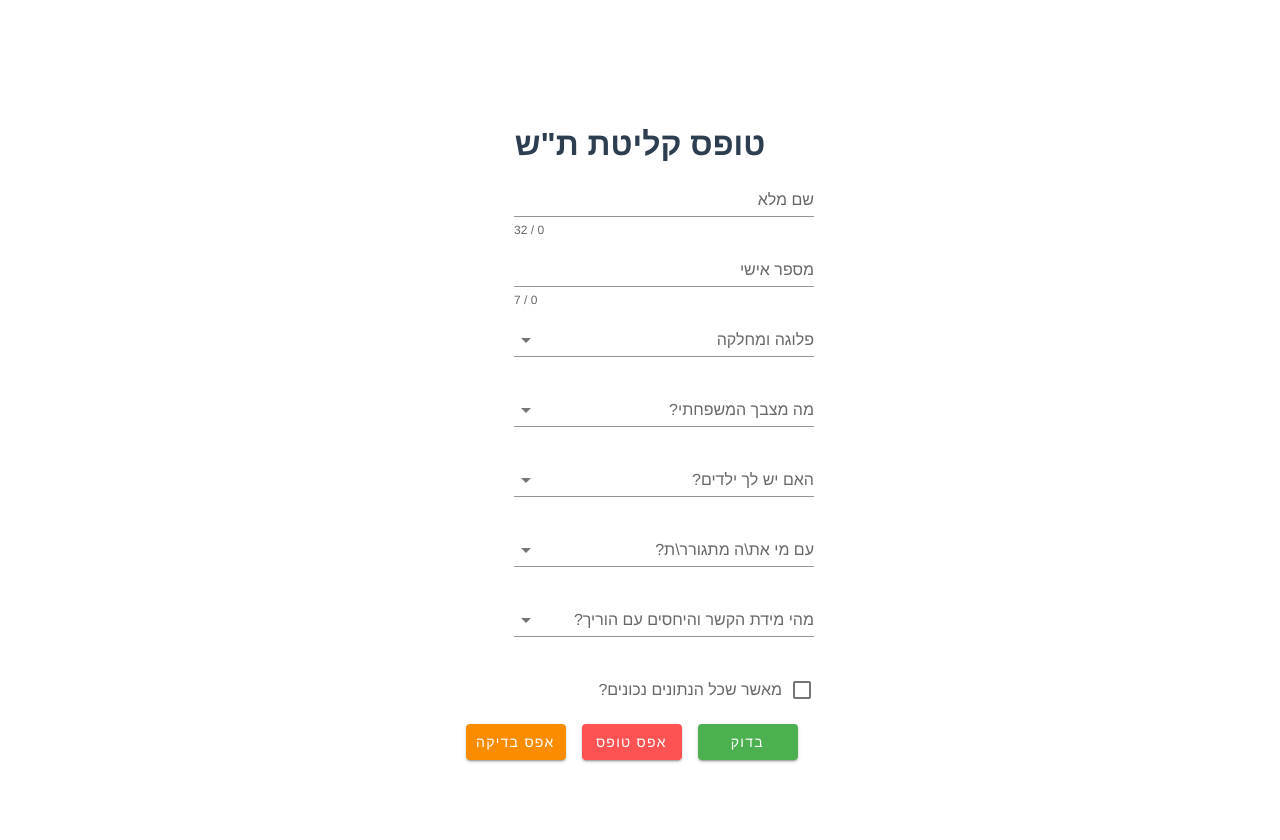
Repository: Natanhel/klitat-tash
Page: /
An editor plug-in stored every save of this project. The page is shown before and after the next save, followed by the edit.
The browser window is 1280 px wide. The pictures show the whole page.
The page's requests for data from a server got no answer. The project was rebuilt for these pictures with package versions that can differ from the ones it lists, and the page was loaded fresh each time. No one was signed in, and anything a server would have sent is missing. Also part of the build but not shown: vue.config.js.

Above is the page before, as saved 2020-12-01 17:16:18.

### src/App.vue
<template>
  <div id="app">
    <v-app>

      <h1>טופס קליטת ת"ש</h1>

      <v-form
        ref="form"
        v-model="valid"
        lazy-validation
      >
        <v-text-field
          v-model="name"
          :counter="32"
          :rules="nameRules"
          label="שם מלא"
          required
        ></v-text-field>

        <v-text-field
          v-model="pernr"
          :counter="7"
          :rules="pernrRules"
          label="מספר אישי"
          required
        ></v-text-field>

        <v-select
          v-model="select"
          :items="items"
          :rules="[v => !!v || 'נדרש להזין פלוגה ומחלקה']"
          label="פלוגה ומחלקה"
          required
        ></v-select>

        <v-select
          v-model="select"
          :items="familyItems"
          :rules="[v => !!v || 'נדרש להזין מצב משפחתי']"
          label="מה מצבך המשפחתי?"
          required
        ></v-select>

        <v-select
          v-model="select"
          :items="haveKidsItems"
          :rules="[v => !!v || 'נדרש להזין']"
          label="האם יש לך ילדים?"
          required
        ></v-select>

        <v-select
          v-model="select"
          :items="livingWithItems"
          :rules="[v => !!v || 'נדרש להזין']"
          label="עם מי את\ה מתגורר\ת?"
          required
        ></v-select>

        <v-select
          v-model="select"
          :items="parentsStatusItems"
          :rules="[v => !!v || 'נדרש להזין']"
          label="מהי מידת הקשר והיחסים עם הוריך?"
          required
        ></v-select>

        <v-checkbox
          v-model="checkbox"
          :rules="[v => !!v || 'עליך לאשר על מנת להמשיך!']"
          label="מאשר שכל הנתונים נכונים?"
          required
        ></v-checkbox>

      </v-form>
      <div class="btn-group">
        <v-btn
          :disabled="!valid"
          color="success"
          class="mr-4"
          @click="validate"
        >
          בדוק
        </v-btn>

        <v-btn
          color="error"
          class="mr-4"
          @click="reset"
        >
          אפס טופס
        </v-btn>

        <v-btn
          color="warning"
          class="mr-4"
          @click="resetValidation"
        >
          אפס בדיקה
        </v-btn>
      </div>
    </v-app>
  </div>
</template>

<script>
import axios from 'axios';

export default {
  name: 'App',
  mounted(){
    // login
    const data = JSON.stringify({"password":"passward","email":"natanhelp@gmail.com"});

    const config = {
      method: 'post',
      url: 'https://nat-task-manager.herokuapp.com/users/login',
      headers: {
        'Content-Type': 'application/json'
      },
      data : data
    };

    axios(config)
      .then((response) => {
        console.log(JSON.stringify(response.data));
      })
      .catch((error) => {
        console.log(error);
      })
  },

  data: () => ({
    valid: true,
    name: '',
    nameRules: [
      v => !!v || 'נדרש להזין שם',
      v => !(v && v.length <= 4) || 'על השם להיות ארוך מ-4 תווים',
    ],
    pernr: '',
    pernrRules: [
      v => !!v || 'נדרש להזין מספר אישי',
      v => !(v.length !== 7) || 'על המספר להיות בדיוק 7 תווים'
    ],
    select: null,
    items: [
      'ו1',
      'ו2',
      'ו3',
      'ו4',
      'ו5',
    ],
    familyItems: [
      'רווק/ה',
      'נשוי/ה',
      'גרוש/ה'
    ],
    haveKidsItems: [
      'כן', 'לא'
    ],
    livingWithItems: [
      'מתוגרר/ת עם ההורים (אחד מהם לפחות)',
      'איני מתגורר/ת עם ההורים'
    ],
    parentsRelationsItems: [
      'בקשר עם שניהם ויחסים תקינים',
      'בקשר וביחסיפ תקינים (רק עם אחד מהם)',
      'בקשר עם שניהם/אחד מהם ומערכת יחסים רעועה',
      'לא בקשר בכלל'
    ],
    parentsStatusItems: [
      'נשואים',
      'גרושים',
      'פרודים',
      'אלמנ/ה',
      'רווק/ה'
    ],
    checkbox: false,
  }),
  methods: {
    validate () {
      this.$refs.form.validate()
    },
    reset () {
      this.$refs.form.reset()
    },
    resetValidation () {
      this.$refs.form.resetValidation()
    },
  },
}
</script>

<style>
#app {
  font-family: Avenir, Helvetica, Arial, sans-serif;
  -webkit-font-smoothing: antialiased;
  -moz-osx-font-smoothing: grayscale;
  text-align: center;
  color: #2c3e50;
  margin-top: 60px;
}

form
{
  width: 300px;
}

#app
{
  display: flex;
  align-items: center;
  justify-content: center;
}

.v-btn
{
  width: 100px;
}

.btn-group{
  width: 100%;
}
</style>

### src/plugins/vuetify.js
import Vue from 'vue';
import Vuetify from 'vuetify/lib';

Vue.use(Vuetify);

export default new Vuetify({
    rtl: true,
});

Loaded but not shown: public/index.html (common file); src/main.js (common file)

After the next save:
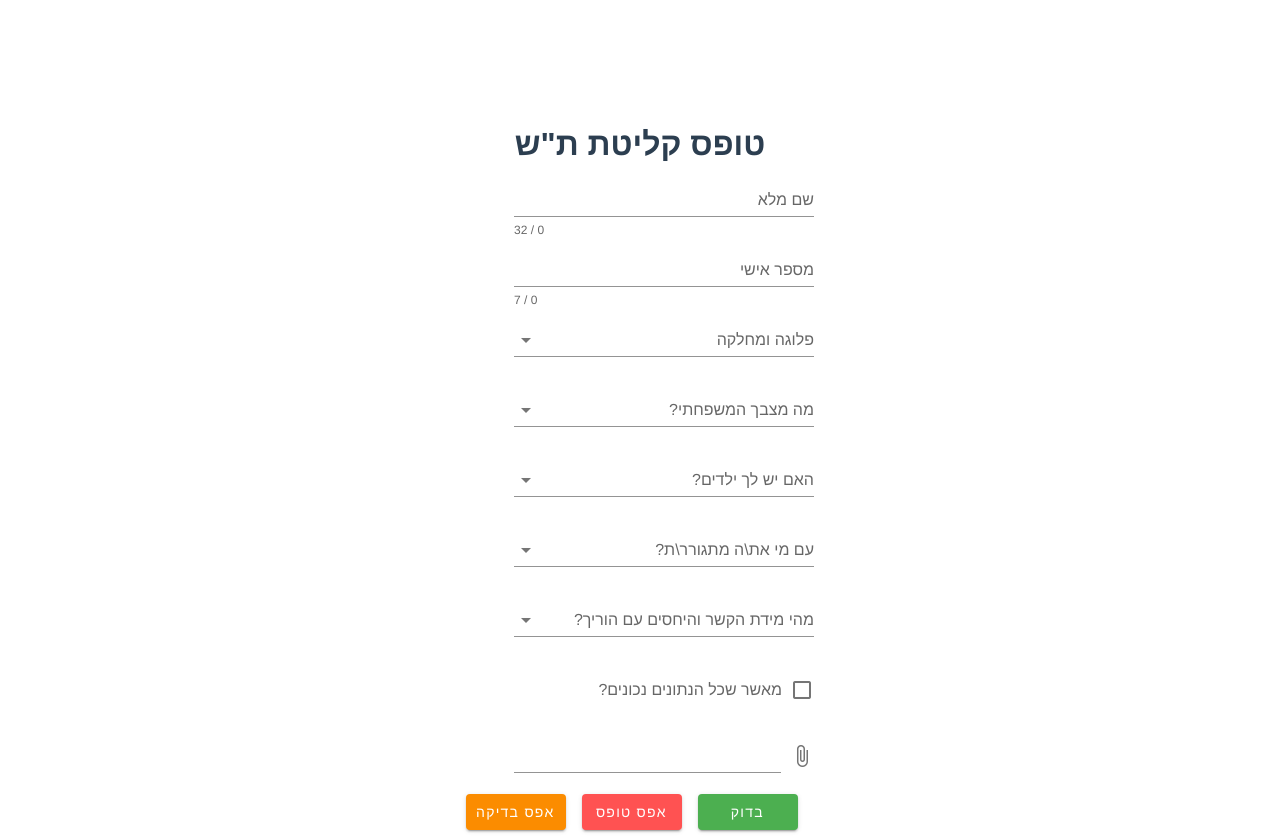
Saved 77 s later.
--- a/src/App.vue
+++ b/src/App.vue
@@ -71,6 +71,8 @@
           label="מאשר שכל הנתונים נכונים?"
           required
         ></v-checkbox>
+
+        <v-file-input></v-file-input>
 
       </v-form>
       <div class="btn-group">
